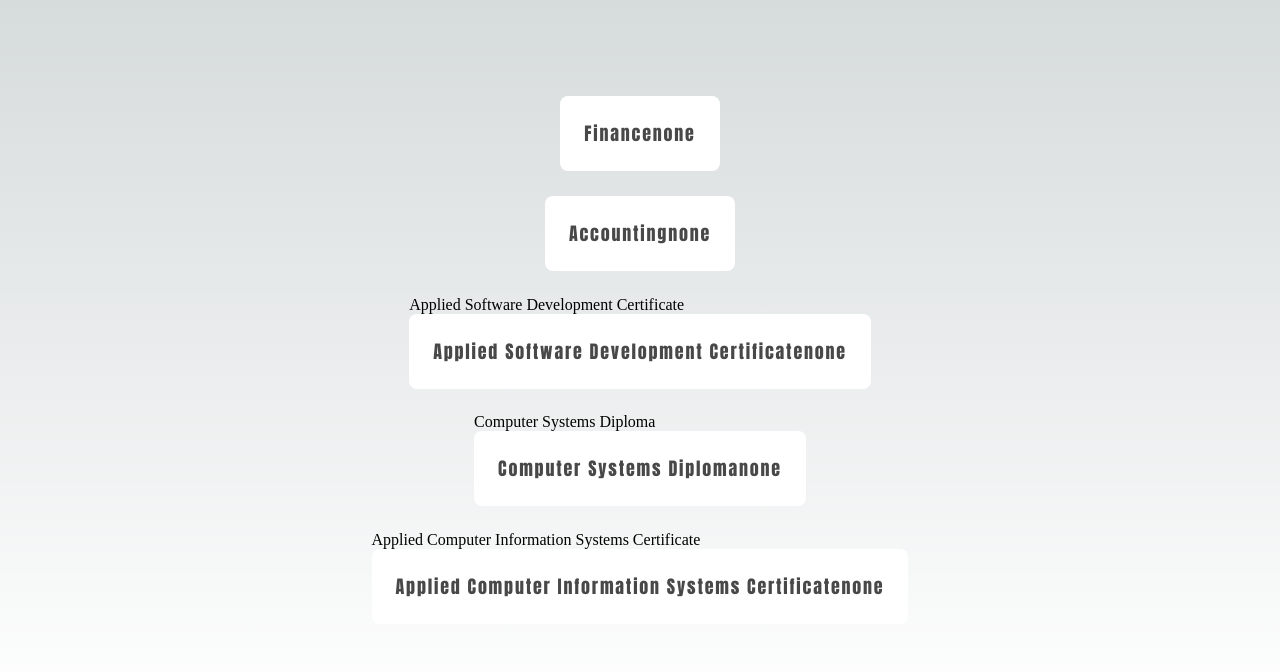
Repository: giovanabirck/class03-vercel-test
Page: /
These files come from the project's save history. The page is drawn as it stood at one moment and after the next save; the edit follows.
The browser window is 1280 px wide. The pictures show the whole page.
The project was rebuilt for these pictures with package versions that can differ from the ones it lists, and the page was loaded fresh each time. The framework's server and built-in components were replaced by stand-ins that run in the browser. Also part of the build but not shown: next.config.js.

Above is the page before, as saved 2023-01-24 21:20:44.

After the next save:
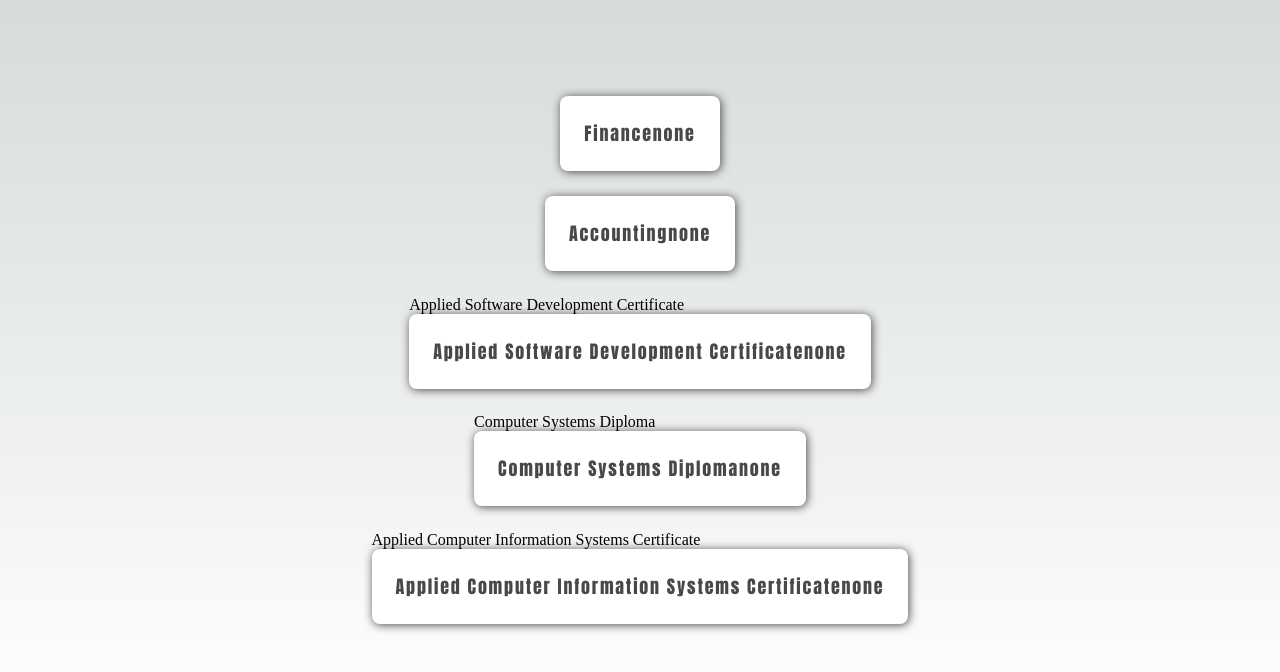
Saved 4 s later.
--- a/components/Card/index.js
+++ b/components/Card/index.js
@@ -15,7 +15,7 @@ export default function Card({
             letterSpacing: "0.1em",
             display: "flex",
             borderRadius: "8px",
-            boxShadow: ""
+            boxShadow: "1px 1px 10px"
         }}>
             {degree}
             {department}
